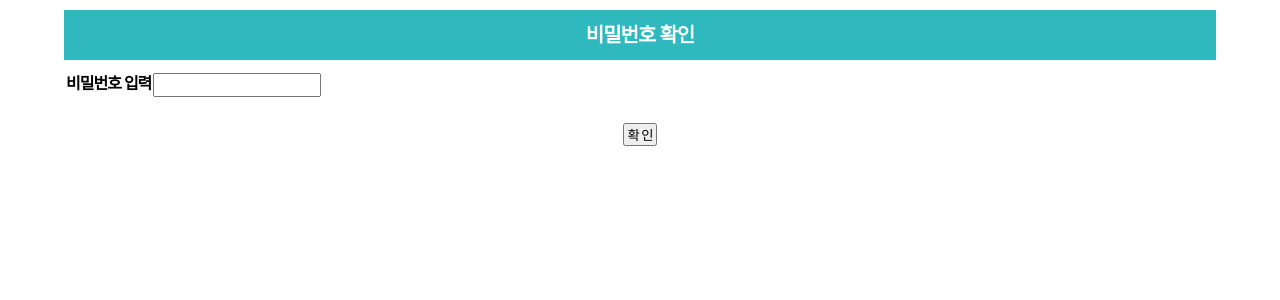
Repository: InhoKang92/jsp_1018
Page: http://localhost/Web_01/review/reviewCheckPass.jsp
An editor plug-in stored every save of this project. The page is shown before and after the next save, followed by the edit.
The browser window is 1280 px wide. The pictures show the whole page.
Some web fonts or font styles are not loaded; a fallback is used. The page is served by Tomcat 9.

Above is the page before, as saved 2024-10-17 01:52:22.

After the next save:
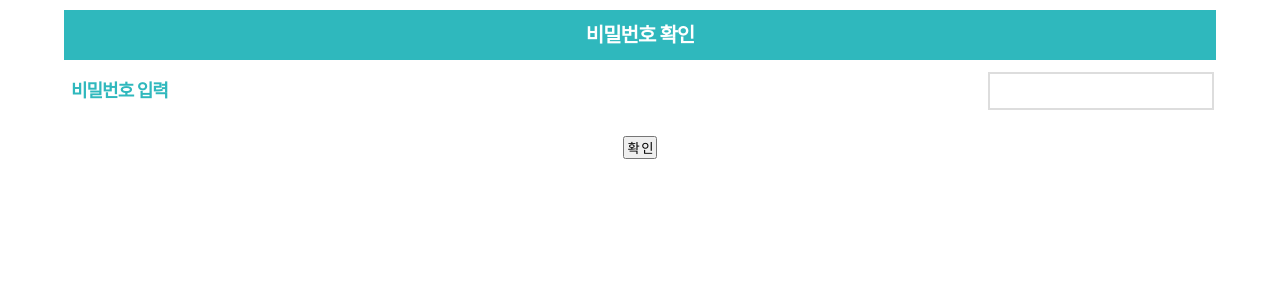
Saved 3 min 41 s later.
--- a/Web_01/src/main/webapp/review/reviewCheckPass.jsp
+++ b/Web_01/src/main/webapp/review/reviewCheckPass.jsp
@@ -6,10 +6,10 @@ pageEncoding="UTF-8"%>
 <meta charset="UTF-8">
 
 <link rel="stylesheet" href="css/reset.css">
-<link rel="stylesheet" href="css/idcheck.css">
+<link rel="stylesheet" href="css/passcheck.css">
 <script type="text/javascript" src="script/review.js"></script>
 
-<title>Insert title here</title>
+<title>모던하우스 비밀번호 확인</title>
 </head>
 <body>
 
